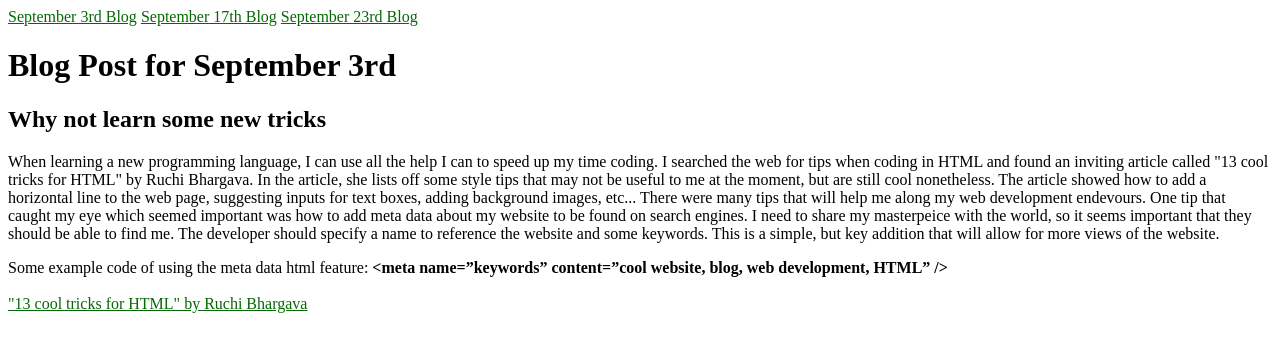
Repository: alharama/WebBlog
Page: index.html
These files come from the project's save history. The page is drawn as it stood at one moment and after the next save; the edit follows.
The browser window is 1280 px wide. The pictures show the whole page.

Above is the page before, as saved 2021-10-08 00:12:10.

### index.html
<!DOCTYPE html>

<head>
    <a href="index.html"> September 3rd Blog</a>
    <a href="second_blog.html"> September 17th Blog</a>
    <a href="Sept_23.html"> September 23rd Blog</a>

    <style>

        a{
            text-decoration: underline;
            color: rgb(5, 104, 5)
        }
        a:visited{
            text-decoration: none;
        }
    </style>

</head>
<html>

<header>
    <title>Blog Post for September 3rd</title>
</header>

<body>

    <h1>Blog Post for September 3rd</h1>
    <h2>Why not learn some new tricks</h2>
    <p>
        When learning a new programming language, I can use all the help I can to speed
        up my time coding. I searched the web for tips when coding in HTML and found an inviting
        article called "13 cool tricks for HTML" by Ruchi Bhargava. In the article, she lists off some style
        tips that may not be useful to me at the moment, but are still cool nonetheless. The article showed
        how to add a horizontal line to the web page, suggesting inputs for text boxes, adding background images,
        etc... There were many tips that will help me along my web development endevours.
        One tip that caught my eye which seemed important was how to add meta data about my website to be
        found on search engines. I need to share my masterpeice with the world, so it seems important that they
        should be able to find me. The developer should specify a name to reference the website and some keywords.
        This is a simple, but key addition that will allow for more views of the website.
    </p>

</body>




Some example code of using the meta data html feature:
    <b>&lt;meta name=”keywords” content=”cool website, blog, web development, HTML” /></b>



    <footer>
    </br>
        <a href="https://www.freelancer.com/articles/web-development/13-cool-tricks-for-html" target="_blank">"13 cool
            tricks for HTML" by Ruchi Bhargava</a>
    </footer>

</html>

After the next save:
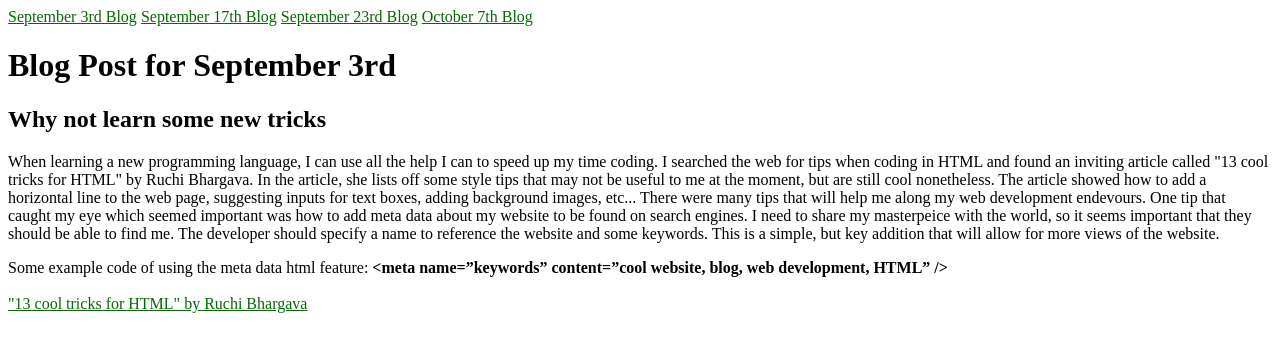
Saved 4 s later.
--- a/index.html
+++ b/index.html
@@ -2,8 +2,9 @@
 
 <head>
     <a href="index.html"> September 3rd Blog</a>
-    <a href="second_blog.html"> September 17th Blog</a>
-    <a href="Sept_23.html"> September 23rd Blog</a>
+        <a href="second_blog.html"> September 17th Blog</a>
+        <a href="Sept_23.html"> September 23rd Blog</a>
+        <a href="Oct_7.html"> October 7th Blog</a>
 
     <style>
 
